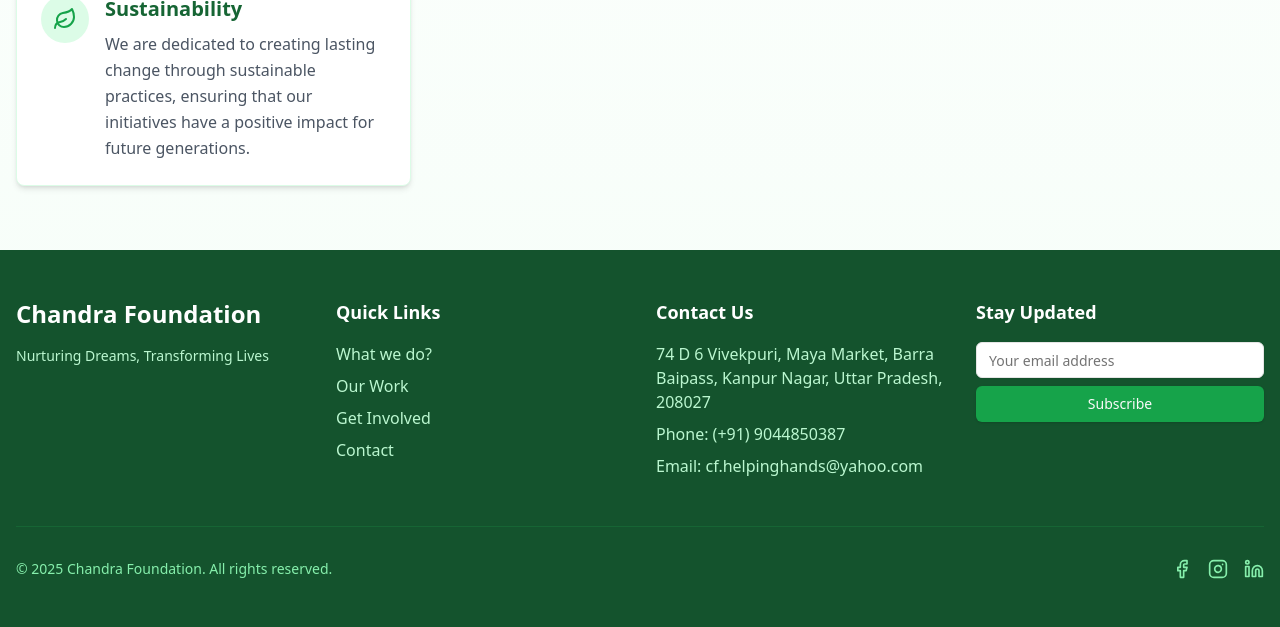
Repository: rajukumar2003/chandra-foundation
Page: /aboutus
The author's editor kept a copy of each file at every save. The page is drawn from the files as they stood at one save, then again after a run of saves.
The browser window is 1280 px wide. The pictures show the part of the page from y = 2996 to 3948 px (the page is 3623 px tall before and 7671 px after).
Pictures or frames that could not be fetched are drawn as grey boxes. The project was rebuilt for these pictures with package versions that can differ from the ones it lists, and the page was loaded fresh each time. The framework's server and built-in components were replaced by stand-ins that run in the browser. Also part of the build but not shown: next.config.ts.

Above is the page before, as saved 2025-01-30 20:25:26.

### app/layout.tsx
import type { Metadata } from "next";
import { Geist, Geist_Mono } from "next/font/google";
import "./globals.css";
import Navbar from "./components/navbar";
import Footer from "./components/Footer";

const geistSans = Geist({
  variable: "--font-geist-sans",
  subsets: ["latin"],
});

const geistMono = Geist_Mono({
  variable: "--font-geist-mono",
  subsets: ["latin"],
});

export const metadata: Metadata = {
  title: "Create Next App",
  description: "Generated by create next app",
};

export default function RootLayout({
  children,
}: Readonly<{
  children: React.ReactNode;
}>) {
  return (
    <html lang="en">
      <body
        className={`${geistSans.variable} ${geistMono.variable} antialiased`}
      >
        <Navbar />
        {children}
        <Footer/>
      </body>
    </html>
  );
}

### app/(root)/aboutus/page.tsx
"use client";

import Image from "next/image";
import { motion } from "framer-motion";
import { Button } from "@/components/ui/button"
import { Card, CardContent } from "@/components/ui/card";
import { Tabs, TabsContent, TabsList, TabsTrigger } from "@/components/ui/tabs"
import { ChevronRight } from 'lucide-react'
import AboutIntro from "@/app/components/AboutIntro";
import AboutHero from "@/app/components/AboutHero";
import { main } from "framer-motion/client";
import VisionMission from "@/app/components/VisionMission";
import CoreValues from "@/app/components/CoreValues";

// import { Metadata } from 'next'

// export const metadata: Metadata = {
//   title: 'About Us | Chandra Foundation',
//   description: 'Learn about Chandra Foundation\'s mission, history, and impact in empowering communities and transforming lives.',
// }

// const timelineEvents = [
//   {
//     year: 2019,
//     title: "Foundation Established",
//     description:
//       "Chandra Foundation was born from a vision to create lasting change.",
//   },
//   {
//     year: 2020,
//     title: "First Education Program",
//     description:
//       "Launched our flagship education initiative, reaching 100 children.",
//   },
//   {
//     year: 2021,
//     title: "Healthcare Outreach",
//     description:
//       "Expanded services to include mobile health clinics in rural areas.",
//   },
//   {
//     year: 2022,
//     title: "Sustainability Project",
//     description: "Initiated eco-friendly practices in 10 partner communities.",
//   },
//   {
//     year: 2023,
//     title: "Award for Excellence",
//     description:
//       "Recognized nationally for our innovative approach to community development.",
//   },
// ];

// const teamMembers = [
//   {
//     name: "Chandra Kumar",
//     role: "Founder & President",
//     image: "/images/fam.jpg",
//     bio: "Visionary leader with 20 years of experience in social work.",
//   },
//   {
//     name: "Priya Sharma",
//     role: "Education Director",
//     image: "/images/riyaa.jpg",
//     bio: "Former teacher passionate about accessible education for all.",
//   },
//   {
//     name: "Rahul Mehta",
//     role: "Healthcare Coordinator",
//     image: "/images/riyaa.jpg",
//     bio: "Medical professional dedicated to improving rural healthcare.",
//   },
//   {
//     name: "Anita Desai",
//     role: "Community Outreach",
//     image: "/images/riyaa.jpg",
//     bio: "Experienced in building strong community partnerships.",
//   },
// ];

export default function AboutUsPage() {
  // const [activeTeamMember, setActiveTeamMember] = useState(teamMembers[0]);

  return (

    <main>
      <AboutHero/>
      <AboutIntro/>
      <VisionMission/>
      <CoreValues/>
    </main>
    // <div className="min-h-screen bg-gradient-to-b from-green-50/50 to-white">

    //   {/* Hero Section */}
    //   <section className="relative h-[60vh] flex items-center justify-center overflow-hidden">
    //     <Image
    //       src="/images/aboutus_hero_section.jpeg"
    //       alt="Chandra Foundation team working in the community"
    //       fill
    //       style={{ objectFit: "cover" }}
    //       className="absolute inset-0"
    //     />
    //     <div className="absolute inset-0 bg-black/50" />
    //     <div className="relative z-10 text-center text-white">
    //       <motion.h1
    //         initial={{ opacity: 0, y: 20 }}
    //         animate={{ opacity: 1, y: 0 }}
    //         transition={{ duration: 0.6 }}
    //         className="text-4xl md:text-5xl font-bold mb-4"
    //       >
    //         About Chandra Foundation
    //       </motion.h1>
    //       <motion.p
    //         initial={{ opacity: 0, y: 20 }}
    //         animate={{ opacity: 1, y: 0 }}
    //         transition={{ duration: 0.6, delay: 0.2 }}
    //         className="text-xl md:text-2xl"
    //       >
    //         Empowering Communities, Transforming Lives
    //       </motion.p>
    //     </div>
    //   </section>

    //   <AboutIntro/>

    //   {/* Mission and Vision */}
    //   <section className="py-16 bg-white">
    //     <div className="container mx-auto px-4">
    //       <div className="max-w-3xl mx-auto text-center">
    //         <h2 className="text-3xl font-bold text-green-800 mb-6">
    //           Our Mission & Vision
    //         </h2>
    //         <p className="text-lg text-gray-700 mb-8">
    //           At Chandra Foundation, we are committed to empowering
    //           underprivileged communities through education, healthcare, and
    //           sustainable development. Our vision is a world where every
    //           individual has the opportunity to thrive and contribute to
    //           society, regardless of their background.
    //         </p>
    //         <div className="grid md:grid-cols-3 gap-8">
    //           <Card>
    //             <CardContent className="pt-6">
    //               <h3 className="text-xl font-semibold text-green-700 mb-2">
    //                 Education
    //               </h3>
    //               <p className="text-gray-600">
    //                 Providing quality education and skills training to children
    //                 and young adults.
    //               </p>
    //             </CardContent>
    //           </Card>
    //           <Card>
    //             <CardContent className="pt-6">
    //               <h3 className="text-xl font-semibold text-green-700 mb-2">
    //                 Healthcare
    //               </h3>
    //               <p className="text-gray-600">
    //                 Ensuring access to essential healthcare services in
    //                 underserved areas.
    //               </p>
    //             </CardContent>
    //           </Card>
    //           <Card>
    //             <CardContent className="pt-6">
    //               <h3 className="text-xl font-semibold text-green-700 mb-2">
    //                 Sustainability
    //               </h3>
    //               <p className="text-gray-600">
    //                 Promoting eco-friendly practices and sustainable livelihoods
    //                 in communities.
    //               </p>
    //             </CardContent>
    //           </Card>
    //         </div>
    //       </div>
    //     </div>
    //   </section>

    //   {/* Founder's Story */}
    //   <section className="py-16 bg-green-50">
    //     <div className="container mx-auto px-4">
    //       <div className="max-w-4xl mx-auto">
    //         <h2 className="text-3xl font-bold text-green-800 mb-6 text-center">
    //           Founder&apos;s Story
    //         </h2>
    //         <div className="flex flex-col md:flex-row items-center gap-8">
    //           <div className="md:w-1/3">
    //             <Image
    //               src="/images/about us.jpg"
    //               alt="Chandra Kumar - Founder"
    //               width={400}
    //               height={400}
    //               className="rounded-sm"
    //             />
    //           </div>
    //           <div className="md:w-2/3">
    //             <h3 className="text-2xl font-semibold text-green-700 mb-4">
    //               Chandra Kumar
    //             </h3>
    //             <p className="text-gray-700 mb-4">
    //               Chandra Kumars journey began in a small village where he
    //               witnessed firsthand the challenges faced by underprivileged
    //               communities. Driven by a passion to make a difference, he
    //               founded the Chandra Foundation in 2019 with a vision to
    //               empower individuals through education and sustainable
    //               development.
    //             </p>
    //             <p className="text-gray-700">
    //               "I believe that every person has the potential to create
    //               positive change. Our foundation aims to provide the tools and
    //               opportunities necessary for individuals to build a better
    //               future for themselves and their communities." - Chandra Kumar
    //             </p>
    //           </div>
    //         </div>
    //       </div>
    //     </div>
    //   </section>

    //   {/* Timeline */}
    //   <section className="py-16 bg-white">
    //     <div className="container mx-auto px-4">
    //       <h2 className="text-3xl font-bold text-green-800 mb-12 text-center">
    //         Our Journey
    //       </h2>
    //       <div className="max-w-4xl mx-auto relative">
    //         {/* Timeline line */}
    //         <div className="absolute left-1/2 transform -translate-x-1/2 w-1 bg-green-200 h-full"></div>

    //         {timelineEvents.map((event, index) => (
    //           <motion.div
    //             key={event.year}
    //             initial={{ opacity: 0, y: 20 }}
    //             whileInView={{ opacity: 1, y: 0 }}
    //             viewport={{ once: true }}
    //             transition={{ duration: 0.5, delay: index * 0.1 }}
    //             className="relative flex items-center mb-12"
    //           >
    //             {/* Card */}
    //             <div
    //               className={`w-5/12 ${
    //                 index % 2 === 0 ? "pr-8 text-right" : "pl-8 text-left"
    //               }`}
    //             >
    //               <div className="bg-white p-4 rounded-lg shadow-md">
    //                 <h3 className="text-xl font-semibold text-green-700">
    //                   {event.year}
    //                 </h3>
    //                 <h4 className="text-lg font-medium text-gray-800 mb-2">
    //                   {event.title}
    //                 </h4>
    //                 <p className="text-gray-600">{event.description}</p>
    //               </div>
    //             </div>

    //             {/* Dot */}
    //             <div className="w-2/12 flex justify-center relative">
    //               <div className="w-4 h-4 bg-green-500 rounded-full z-10"></div>
    //             </div>
    //           </motion.div>
    //         ))}
    //       </div>
    //     </div>
    //   </section>

    //   {/* Team Members */}
    //   <section className="py-16 bg-green-50">
    //     <div className="container mx-auto px-4">
    //       <h2 className="text-3xl font-bold text-green-800 mb-12 text-center">
    //         Our Team
    //       </h2>
    //       <div className="grid md:grid-cols-2 gap-8 max-w-4xl mx-auto">
    //         <div>
    //           <div className="grid grid-cols-2 gap-4 sm:grid-cols-4 md:grid-cols-2">
    //             {teamMembers.map((member) => (
    //               <div
    //                 key={member.name}
    //                 className={`cursor-pointer transition-all duration-300 ${
    //                   activeTeamMember.name === member.name
    //                     ? "scale-105 shadow-lg"
    //                     : "scale-100 shadow"
    //                 }`}
    //                 onClick={() => setActiveTeamMember(member)}
    //               >
    //                 <Image
    //                   src={member.image}
    //                   alt={member.name}
    //                   width={100}
    //                   height={100}
    //                   className="rounded-full mx-auto"
    //                 />
    //                 <div className="p-2 bg-white rounded-b-lg">
    //                   <h3 className="font-semibold text-green-700">
    //                     {member.name}
    //                   </h3>
    //                   <p className="text-sm text-gray-600">{member.role}</p>
    //                 </div>
    //               </div>
    //             ))}
    //           </div>
    //         </div>
    //         <div className="bg-white p-6 rounded-lg shadow-md">
    //           <div className="flex flex-col items-center justify-center mb-4">
    //             <Image
    //               src={activeTeamMember.image}
    //               alt={activeTeamMember.name}
    //               width={100}
    //               height={100}
    //               className="rounded-full mr-4"
    //             />
    //             {/* <div> */}
    //               <h3 className="text-2xl font-semibold text-green-700 mb-2">
    //                 {activeTeamMember.name}
    //               </h3>
    //               <p className="text-gray-700 mb-4">{activeTeamMember.role}</p>
    //               <p className="text-gray-600 px-auto">{activeTeamMember.bio}</p>
    //             {/* </div> */}
    //           </div>
    //         </div>
    //       </div>
    //     </div>
    //   </section>

    //   {/* Impact and Recognition */}
    //   <section className="py-16 bg-white">
    //     <div className="container mx-auto px-4">
    //       <h2 className="text-3xl font-bold text-green-800 mb-12 text-center">Our Impact & Recognition</h2>
    //       <Tabs defaultValue="impact" className="max-w-3xl mx-auto">
    //         <TabsList className="grid w-full grid-cols-2">
    //           <TabsTrigger value="impact">Impact</TabsTrigger>
    //           <TabsTrigger value="recognition">Recognition</TabsTrigger>
    //         </TabsList>
    //         <TabsContent value="impact">
    //           <Card>
    //             <CardContent className="pt-6">
    //               <div className="grid md:grid-cols-3 gap-4 text-center">
    //                 <div>
    //                   <h3 className="text-4xl font-bold text-green-700">5,000+</h3>
    //                   <p className="text-gray-600">Children Educated</p>
    //                 </div>
    //                 <div>
    //                   <h3 className="text-4xl font-bold text-green-700">20</h3>
    //                   <p className="text-gray-600">Villages Supported</p>
    //                 </div>
    //                 <div>
    //                   <h3 className="text-4xl font-bold text-green-700">10,000+</h3>
    //                   <p className="text-gray-600">Medical Checkups</p>
    //                 </div>
    //               </div>
    //               <p className="mt-6 text-gray-700">
    //                 Our work has touched thousands of lives, bringing hope and opportunities to underserved communities. Through education, healthcare, and sustainable development initiatives, we&apos;lve seen remarkable transformations in the areas we serve.
    //               </p>
    //             </CardContent>
    //           </Card>
    //         </TabsContent>
    //         <TabsContent value="recognition">
    //           <Card>
    //             <CardContent className="pt-6">
    //               <ul className="space-y-4">
    //                 <li className="flex items-start">
    //                   <ChevronRight className="w-5 h-5 text-green-500 mt-1 mr-2" />
    //                   <div>
    //                     <h4 className="font-semibold text-gray-800">National NGO Excellence Award 2022</h4>
    //                     <p className="text-gray-600">Recognized for our innovative approach to community development</p>
    //                   </div>
    //                 </li>
    //                 <li className="flex items-start">
    //                   <ChevronRight className="w-5 h-5 text-green-500 mt-1 mr-2" />
    //                   <div>
    //                     <h4 className="font-semibold text-gray-800">Featured in 'Changemakers' Documentary</h4>
    //                     <p className="text-gray-600">Our work featured in a national documentary showcasing impactful NGOs</p>
    //                   </div>
    //                 </li>
    //                 <li className="flex items-start">
    //                   <ChevronRight className="w-5 h-5 text-green-500 mt-1 mr-2" />
    //                   <div>
    //                     <h4 className="font-semibold text-gray-800">Partnership with UNICEF</h4>
    //                     <p className="text-gray-600">Collaborated on a major education initiative in rural areas</p>
    //                   </div>
    //                 </li>
    //               </ul>
    //             </CardContent>
    //           </Card>
    //         </TabsContent>
    //       </Tabs>
    //     </div>
    //   </section>

    //   {/* Call to Action */}
    //   <section className="py-16 bg-green-600 text-white">
    //     <div className="container mx-auto px-4 text-center">
    //       <h2 className="text-3xl font-bold mb-6">Join Our Mission</h2>
    //       <p className="text-xl mb-8">Together, we can create lasting change and transform lives.</p>
    //       <div className="flex justify-center space-x-4">
    //         <Button variant="secondary" size="lg">
    //           Donate Now
    //         </Button>
    //         <Button variant="outline" size="lg" className="bg-transparent text-white border-white hover:bg-white hover:text-green-600">
    //           Join Us
    //         </Button>
    //       </div>
    //     </div>
    //   </section>
    // </div>
  );
}

### app/components/AboutHero.tsx
"use client"

import { motion } from "framer-motion"
import Image from "next/image"

export default function AboutHero() {
  return (
    <section className="relative min-h-[70vh] md:min-h-[80vh] flex items-center justify-center overflow-hidden">
      <Image
        src="/images/about.png"
        alt="Chandra Foundation team working in the community"
        fill
        style={{ objectFit: "cover", filter: "brightness(0.8)" }}
        className="absolute inset-0"
        priority
      />
      <div className="absolute inset-0 bg-black opacity-10" />
      <div className="absolute inset-0 bg-gradient-to-b from-black/20 to-black/10" />
      {/* <div className="absolute inset-0 bg-gradient-to-b from-green-900/70 to-green-800/70" /> */}
      <div className="absolute inset-0 bg-grid-white/[0.05]" />

      <div className="relative z-20 text-center text-white max-w-4xl mx-auto px-4">
        <motion.h1
          initial={{ opacity: 0, y: 30 }}
          animate={{ opacity: 1, y: 0 }}
          transition={{ duration: 0.8, ease: "easeOut" }}
          className="text-4xl md:text-5xl lg:text-6xl font-bold mb-6 leading-tight"
        >
          About Us
        </motion.h1>
        <motion.p
          initial={{ opacity: 0, y: 30 }}
          animate={{ opacity: 1, y: 0 }}
          transition={{ duration: 0.8, delay: 0.2, ease: "easeOut" }}
          className="text-xl md:text-2xl lg:text-3xl font-light"
        >
          Empowering Communities, Transforming Lives
        </motion.p>
      </div>
    </section>
  )
}

### components/ui/button.tsx
import * as React from "react"
import { Slot } from "@radix-ui/react-slot"
import { cva, type VariantProps } from "class-variance-authority"

import { cn } from "@/lib/utils"

const buttonVariants = cva(
  "inline-flex items-center justify-center gap-2 whitespace-nowrap rounded-md text-sm font-medium transition-colors focus-visible:outline-none focus-visible:ring-1 focus-visible:ring-ring disabled:pointer-events-none disabled:opacity-50 [&_svg]:pointer-events-none [&_svg]:size-4 [&_svg]:shrink-0",
  {
    variants: {
      variant: {
        default:
          "bg-primary text-primary-foreground shadow hover:bg-primary/90",
        destructive:
          "bg-destructive text-destructive-foreground shadow-sm hover:bg-destructive/90",
        outline:
          "border border-input bg-background shadow-sm hover:bg-accent hover:text-accent-foreground",
        secondary:
          "bg-secondary text-secondary-foreground shadow-sm hover:bg-secondary/80",
        ghost: "hover:bg-accent hover:text-accent-foreground",
        link: "text-primary underline-offset-4 hover:underline",
      },
      size: {
        default: "h-9 px-4 py-2",
        sm: "h-8 rounded-md px-3 text-xs",
        lg: "h-10 rounded-md px-8",
        icon: "h-9 w-9",
      },
    },
    defaultVariants: {
      variant: "default",
      size: "default",
    },
  }
)

export interface ButtonProps
  extends React.ButtonHTMLAttributes<HTMLButtonElement>,
    VariantProps<typeof buttonVariants> {
  asChild?: boolean
}

const Button = React.forwardRef<HTMLButtonElement, ButtonProps>(
  ({ className, variant, size, asChild = false, ...props }, ref) => {
    const Comp = asChild ? Slot : "button"
    return (
      <Comp
        className={cn(buttonVariants({ variant, size, className }))}
        ref={ref}
        {...props}
      />
    )
  }
)
Button.displayName = "Button"

export { Button, buttonVariants }

### components/ui/input.tsx
import * as React from "react"

import { cn } from "@/lib/utils"

const Input = React.forwardRef<HTMLInputElement, React.ComponentProps<"input">>(
  ({ className, type, ...props }, ref) => {
    return (
      <input
        type={type}
        className={cn(
          "flex h-9 w-full rounded-md border border-input bg-transparent px-3 py-1 text-base shadow-sm transition-colors file:border-0 file:bg-transparent file:text-sm file:font-medium file:text-foreground placeholder:text-muted-foreground focus-visible:outline-none focus-visible:ring-1 focus-visible:ring-ring disabled:cursor-not-allowed disabled:opacity-50 md:text-sm",
          className
        )}
        ref={ref}
        {...props}
      />
    )
  }
)
Input.displayName = "Input"

export { Input }

Loaded but not shown: lib/utils.ts (common file); tailwind.config.js (83 lines, source omitted); components/ui/dropdown-menu.tsx (201 lines, source omitted); app/components/HistorySection.tsx (151 lines, source omitted); app/components/navbar.tsx (187 lines, source omitted); app/components/VisionMission.tsx (108 lines, source omitted); app/components/Footer.tsx (118 lines, source omitted); app/components/CoreValues.tsx (96 lines, source omitted); app/components/AboutIntro.tsx (84 lines, source omitted); app/globals.css (93 lines, source omitted)

After the next 3 saves:
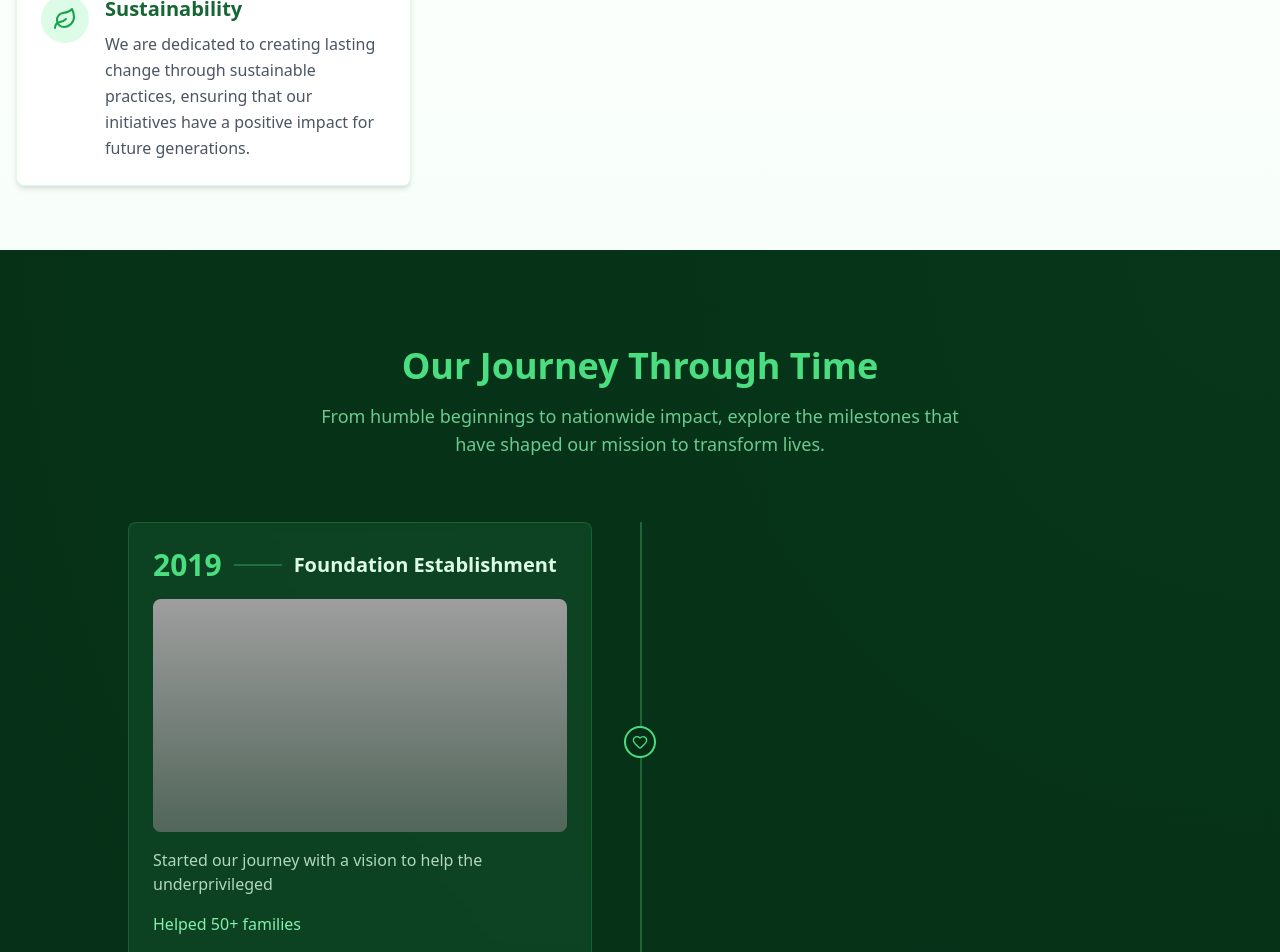
The 3 saves are shown as one change because 1 did not build or start and some came seconds apart.
The last was saved 21 s later.
--- a/app/(root)/aboutus/page.tsx
+++ b/app/(root)/aboutus/page.tsx
@@ -11,6 +11,7 @@ import AboutHero from "@/app/components/AboutHero";
 import { main } from "framer-motion/client";
 import VisionMission from "@/app/components/VisionMission";
 import CoreValues from "@/app/components/CoreValues";
+import HistorySection from "@/app/components/HistorySection";
 
 // import { Metadata } from 'next'
 
@@ -88,6 +89,7 @@ export default function AboutUsPage() {
       <AboutIntro/>
       <VisionMission/>
       <CoreValues/>
+      <HistorySection/>
     </main>
     // <div className="min-h-screen bg-gradient-to-b from-green-50/50 to-white">
 
